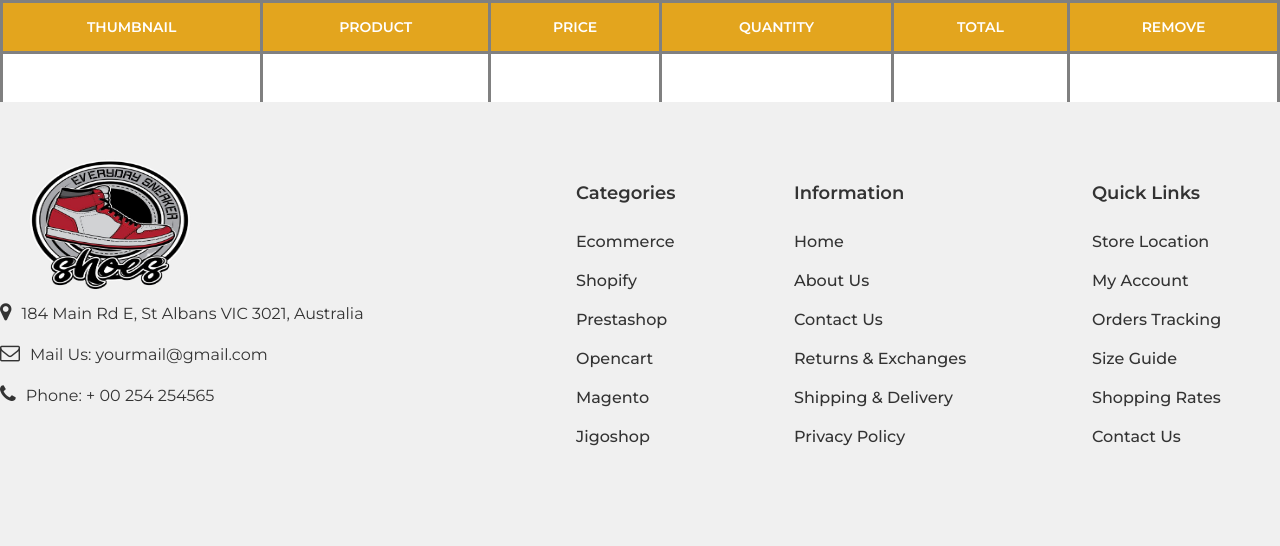
Repository: Toan3333/TranAnhToan
Page: pages/cart.html
An editor plug-in stored every save of this project. The page is shown before and after the next save, followed by the edit.
The browser window is 1280 px wide. The pictures show the part of the page from y = 328 to 874 px (the page is 874 px tall before and 842 px after).

Above is the page before, as saved 2023-02-18 22:00:57.

After the next save:
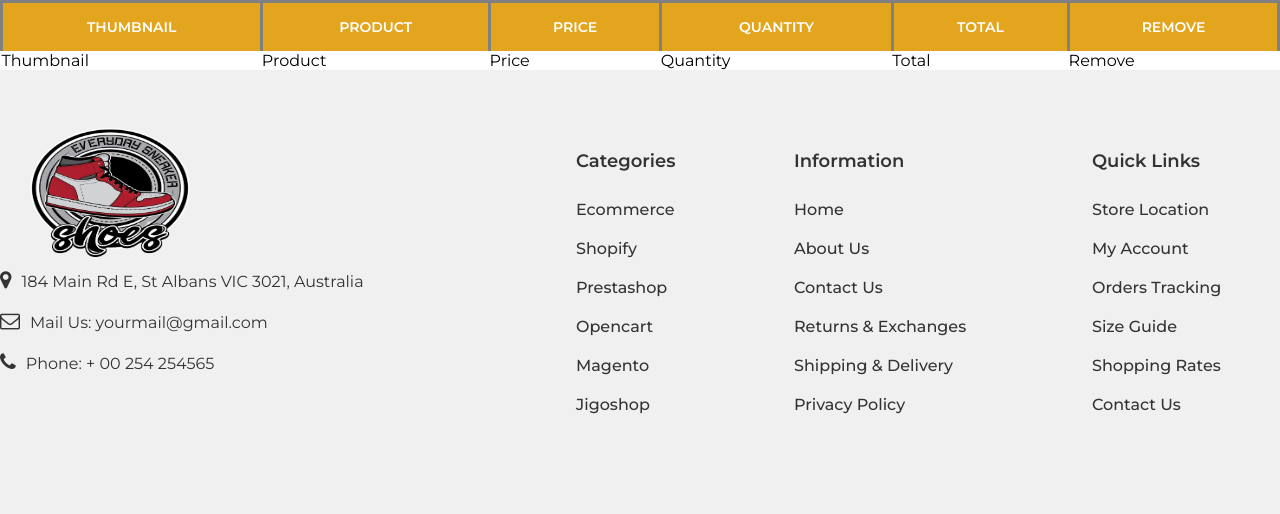
Saved 24 s later.
--- a/pages/cart.html
+++ b/pages/cart.html
@@ -76,12 +76,12 @@
             </thead>
             <tbody>
               <tr>
-                <th class="pro-thumnail">Thumbnail</th>
-                <th class="pro-title">Product</th>
-                <th class="pro-price">Price</th>
-                <th class="pro-quantity">Quantity</th>
-                <th class="pro-subtotal">Total</th>
-                <th class="pro-remove">Remove</th>
+                <td class="pro-thumnail">Thumbnail</td>
+                <td class="pro-title">Product</td>
+                <td class="pro-price">Price</td>
+                <td class="pro-quantity">Quantity</td>
+                <td class="pro-subtotal">Total</td>
+                <td class="pro-remove">Remove</td>
               </tr>
             </tbody>
           </table>
